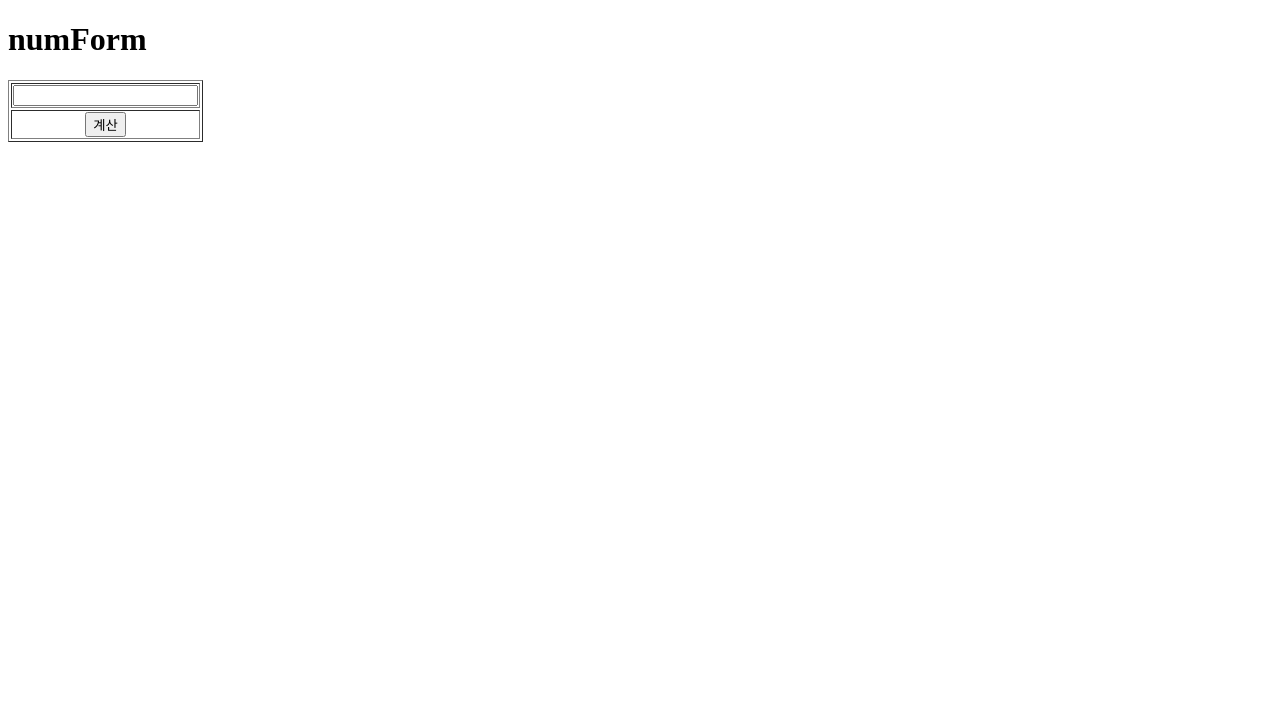
Repository: hjh5217/newJSP
Page: http://localhost/jspProj/request/numForm.jsp
These files come from the project's save history. The page is drawn as it stood at one moment and after the next save; the edit follows.
The browser window is 1280 px wide. The pictures show the whole page.
The page is served by Tomcat 9. Other server files are loaded and not shown.

Above is the page before, as saved 2023-07-27 06:51:04.

### jspProj/src/main/webapp/request/numForm.jsp
<%@ page language="java" contentType="text/html; charset=UTF-8"
    pageEncoding="UTF-8"%>
<!DOCTYPE html>
<html>
<head>
<meta charset="UTF-8">
<title>numForm</title>
</head>
<body>
	<h1>numForm</h1>
	<form action="numForm">
		<table border="">
			<% for(int i = 0; i<20; i++){

			} %>
			<tr>
				<td><input type="text" name="no" /></td>
			</tr>
			<tr>
				<td colspan="2" align="center">
					<input type="submit" value="계산"/>
				</td>
			</tr>
		</table>
	</form>
</body>
</html>

After the next save:
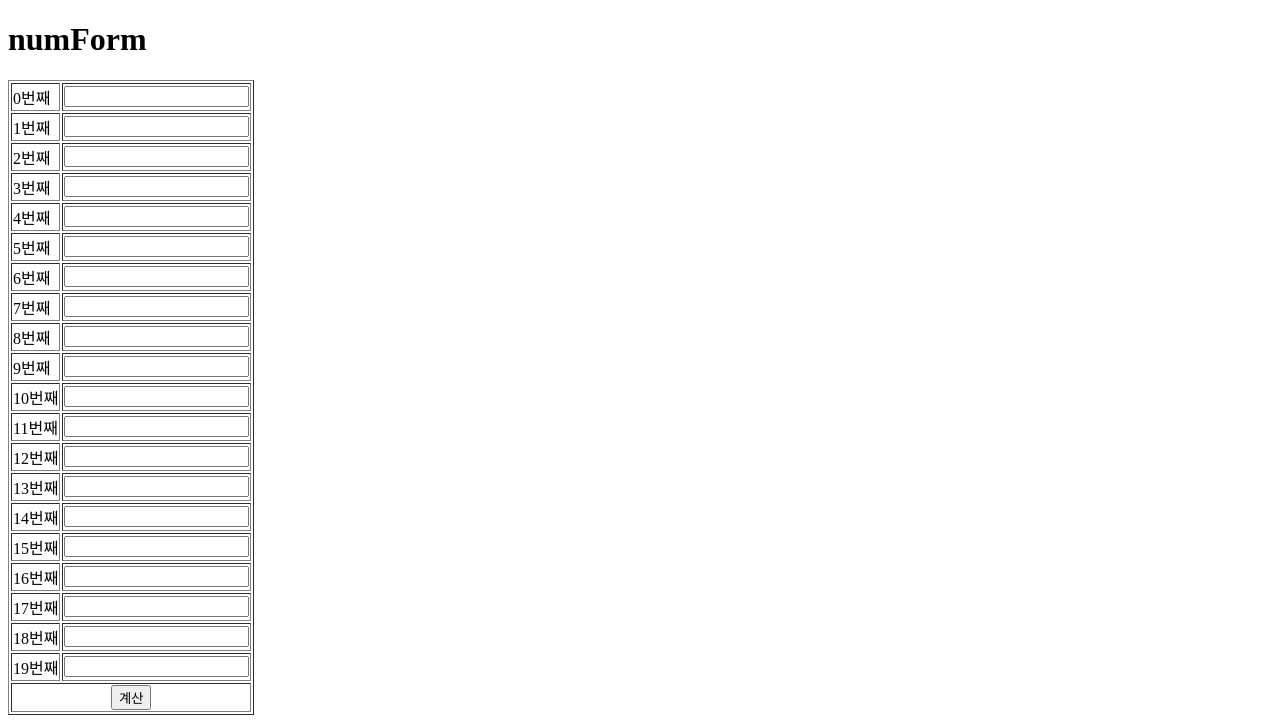
Saved 51 s later.
--- a/jspProj/src/main/webapp/request/numForm.jsp
+++ b/jspProj/src/main/webapp/request/numForm.jsp
@@ -10,12 +10,12 @@
 	<h1>numForm</h1>
 	<form action="numForm">
 		<table border="">
-			<% for(int i = 0; i<20; i++){
-
-			} %>
+			<% for(int i = 0; i<20; i++){%>
 			<tr>
+				<td><%=i %>번째</td>
 				<td><input type="text" name="no" /></td>
 			</tr>
+			<%} %>
 			<tr>
 				<td colspan="2" align="center">
 					<input type="submit" value="계산"/>
